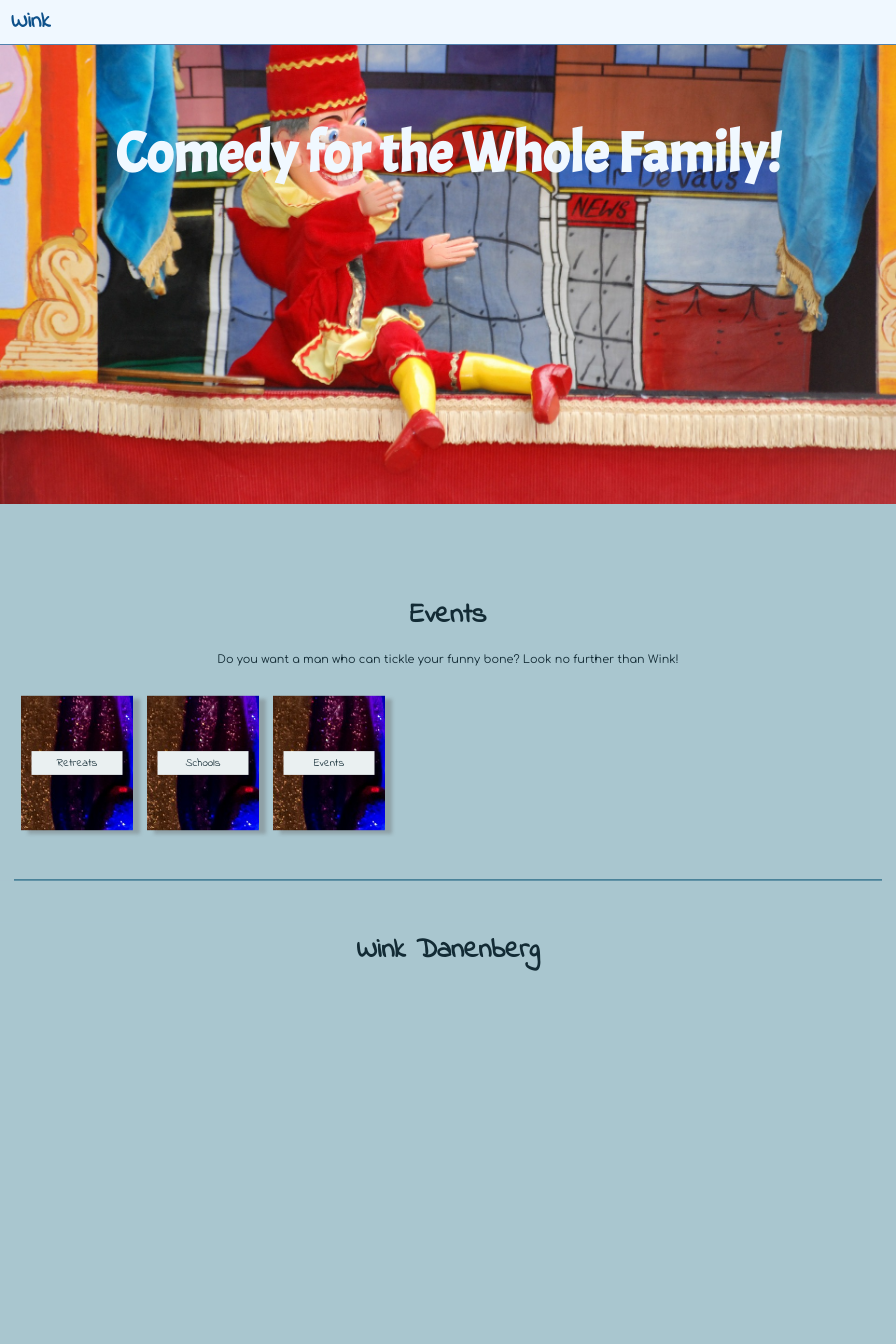
Repository: Sbethm/wink
Page: index.html
These files come from the project's save history. The page is drawn as it stood at one moment and after a run of saves; the edit follows.
The browser window is 1280 px wide. The pictures show the part of the page from y = 0 to 1920 px (the page is 5480 px tall), at 70% of full size.
The style sheet was rebuilt from its Sass, Less or Tailwind sources for each picture, by a compiler version that may differ from the author's.

Above is the page before, as saved 2021-08-31 13:34:36.

### index.html
<!DOCTYPE html>
<html lang="en">
<head>
    <meta charset="UTF-8">
    <meta http-equiv="X-UA-Compatible" content="IE=edge">
    <meta name="viewport" content="width=device-width, initial-scale=1.0">
    <link rel="preconnect" href="https://fonts.googleapis.com">
    <link rel="preconnect" href="https://fonts.gstatic.com" crossorigin>
    <link href="https://fonts.googleapis.com/css2?family=Acme&family=Comfortaa:wght@400;500;600;700&family=Indie+Flower&display=swap" rel="stylesheet">
    <!--
        font-family: 'Acme', sans-serif;
        font-family: 'Comfortaa', cursive;
        font-family: 'Indie Flower', cursive;
    -->

    <link rel="stylesheet" href="./CSS/main.css">
    <title>Document</title>
</head>
<body>
    <header id="headerBg">
        <h1 id="logo">Wink</h1>
        <div class="menu--btn">
            <ul class="menu">
                <li class="menu--item">Shows</li>
                <li class="menu--item">Wink</li>
                <li class="menu--item">Calender</li>
                <li class="menu--item">Contact</li>
            </ul>
        </div>
    </header>
    <main>
        <section class="main--slideshow">
            <!--images are set on automatic slide-->
                <img src="./img/img1.jpg" alt="" id="slide--img">
                <img src="./img/img2.jpg" alt="" id="slide--img">
                <img src="./img/img3.jpg" alt="" id="slide--img">
            <div class="slideshow--quote">Comedy for the Whole Family!</div>
        </section>
        <!--EVENTS-
            Description of Wink's shows. What does he do? Who are the shows geared towards? etc.-->
        <section class="event">
            <div class="container container--event">
                <h2 class="heading--center">Events</h2>
                <p class="info--short center">Do you want a man who can tickle your funny bone? Look no further than Wink!</p>
                <div class="event--slideshow">
                    <!--each div is set on a swipe slide-->
                    <a href=""><div class="event--retreats event--slide">
                        <p class="event--type">Retreats</p>
                    </div></a>
                    <a href=""><div class="event--schools event--slide">
                        <p class="event--type">Schools</p>
                    </div></a>
                    <a href=""><div class="event--events event--slide">
                        <p class="event--type">Events</p>
                    </div></a>
                </div>
            </div>
        </section>
         <!--WINK-
            Who is Wink? A little about Wink and his past experience as a showman -->
        <section class="wink">
            <div class="container container--wink">
                <h2 class="heading--center">Wink Danenberg</h2>
                <div class="img--container">
                    <img src="./img/img2.jpg" alt="" class="img--set--left js--scroll">
                </div>
                <p class="text--full--center">
                    …about Wink Danenberg
                    Standing at 6 foot 4… 240 pounds- Wink Danenberg is responsible for the laughter of audiences  across the country. His comedy juggling, unicycling, and audience participation have kept people  entertained and enthralled at countless events, including festivals, comedy clubs, schools, cruise
                    ships, and libraries. His high energy and raw antics are a perfect blend to captivate and amaze  both the audience and himself. Wink Danenberg, a true original, is the only juggler who: offers a  full money back guarantee, can drive a standard with one hand, and has never taken a selfie.
                </p>
            </div>
        </section>
         <!--REFERENCES-
            A section with a link to references for Wink's shows-->
        <section class="references cover">
            <button class="reference--btn">References</button>
        </section>
         <!--EXPERIENCE HIGHLIGHTS-
            A section that shows some of the highlights of his experience-->
        <section class="experience">
            <div class="container container--experience">
                <h2 class="heading--center">Highlights</h2>
                <div class="experience--block">
                    <div class="img--container">
                        <img src="./img/img2.jpg" alt="" class="img--set--right">
                    </div>
                    <p class="text--small--center">As Seen on Letter Man!</p>
                </div>
                <div class="experience--block">
                    <div class="img--container">
                        <img src="./img/img2.jpg" alt="" class="img--set--left js--scroll">
                    </div>
                    <p class="text--small--center">As Seen on Letter Man!</p>
                </div>
                <div class="experience--block">
                    <div class="img--container">
                        <img src="./img/img2.jpg" alt="" class="img--set--right">
                    </div>
                    <p class="text--small--center">As Seen on Letter Man!</p>
                </div>
            </div>
        </section>
         <!--CONTACT-
            email and (maybe) phone information about how to contact Wink-->
        <section class="contact cover">
            <button class="contact--btn">Contact</button>
        </section>
    </main>
    <footer></footer>
    <script src="./JS/main.js"></script>
</body>
</html>

### JS/main.js
//
const slides = document.querySelectorAll('#slide--img');
const headerBg = document.getElementById('headerBg');
const logo = document.getElementById('logo');

//CHANGING HEADER ON SCROLL
window.onscroll = function() {
    if (window.scrollY > 130) {
        headerBg.style.background = 'none';
        headerBg.style.borderBottom = 'solid 1px aliceblue';
        logo.style.color = 'aliceblue';
    } else {
        headerBg.style.background = 'aliceblue';
        headerBg.style.borderBottom = 'solid 1px rgb(13, 81, 139)';
        logo.style.color = 'rgb(13, 81, 139)';
    }
  }

//INDEX MAIN SLIDESHOW
setInterval(nextImg, 4000);

let currentImg = 0;
slides[currentImg].style.opacity = 1;

function nextImg() {
    slides[currentImg].style.opacity = 0;
    currentImg = (currentImg + 1) % slides.length;
    slides[currentImg].style.opacity = 1;
}

//FADE-IN
const fadeEl = document.querySelectorAll('.js--scroll');

fadeEl.forEach((el) => {
    el.style.opacity = '0';
});

const elInView = (el) => {

}

//SLIDE-IN

### SCSS/main.scss
@import "./resets", "./variables";


//GENERAL STYLING
body{
    width: 100vw;
    background-color: $bgColor1;
    overflow-x: hidden;
}

section {
    width: 100vw;
    height: fit-content;
    background-color: $bgColor1;
    color: $accentColor1;
    font-family: $mainFont;
    font-size: 1rem;
}

.container {
    margin: 60px 20px;
    padding: 60px 0;
    width: calc(100vw - 40px);
    background-color: $bgColor1;
    border-bottom: solid 2px $accentColor2;
}

.heading--center {
    padding-bottom: 30px;
    width: 100%;
    font-family: $accentFont;
    font-size: 2.5rem;
    text-align: center;
}

a {
    text-decoration: none;
}

p {
    font-family: $mainFont;
    font-size: 1rem;
    line-height: 1.5rem;
}

.center {
    padding-bottom: 30px;
    width: 100%;
    text-align: center;
}

.img--set--left {
    width: 75vw;
    position: relative;
    left: -20px;
    z-index: 1;
    border-radius: 0 15px 15px 0;
}

.js--scroll {
    opacity: 1;
    transition: opacity 300ms;
}

.js--scroll.scrolled{
    opacity: 1;
}

.img--set--right {
    width: 75vw;
    position: relative;
    right: -60px;
    z-index: 1;
    border-radius: 15px 0 0 15px;
}

//HEADER AND MAIN SLIDESHOW
header {
    position: fixed;
    top: 0;
    height: 4rem;
    width: 100vw;
    padding: 1rem;
    z-index: 9;
    overflow: hidden;
    background: aliceblue;
    border-bottom: solid 1px rgb(13, 81, 139);
    transition: all 0.50s ease-in;
    box-sizing: border-box;

    & h1 {
        font-family: $accentFont;
        font-size: 2rem;
        color: rgb(13, 81, 139);
        transition: all 0.50s ease-in;
    }
}

.menu--item{
    display: none;
}

.main--slideshow {
    height: 100vh;
    width: 100vw;
    background-color: #000;
}

#slide--img {
    position: absolute;
    top: 0;
    left: 0;
    width: 100%;
    height: 100%;
    object-fit: cover;
    overflow: hidden;
    opacity: 0;
    transition: all 0.75s ease-in;
    z-index: 0;
}

.slideshow--quote {
    position: absolute;
    top: calc(100vh - 75vh);
    width: 100vw;
    font-size: 5rem;
    font-family: $headerFont;
    font-weight: 800;
    color: aliceblue;
    text-align: center;
}

//EVENTS
.event{
    padding-top: 20px;
}

.event--slideshow {
    display: flex;
    flex-direction: row;
    overflow: scroll;

    & .event--slide {
        margin: 10px;
        width: 10rem;
        height: 12rem;
        display: grid;
        background-image: url(../img/img1.jpg);
        box-shadow: 10px 5px 5px rgba(100, 100, 100, 0.377);
        grid-template-columns: 100%;
        justify-items: center;
        align-items: center;

        & .event--type {
            padding: 5px;
            width: 75%;
            background-color: $bgColor2;
            font-family: $accentFont;
            color: $accentColor1;
            text-align: center;
        }
    }
}

//ABOUT WINK
.container--wink {
    margin: 0 20px;
    padding: 20px 0;
    border: hidden;
}

.text--full--center {
    position: relative;
    padding: 10px;
    top: -60px;
    z-index: 2;
    background-color: $bgColor2;
}

//REFERENCES and CONTACT
.cover {
    width: 100vw;
    height: 50vh;
    display: flex;
    justify-content: center;
    align-items: center;
    background-image: url(../img/img1.jpg);

    & button {
        width: 10rem;
        height: 4rem;
        font-family: $accentFont;
        font-size: 1.5rem;
        color: $accentColor1;
        background-color: $bgColor2;
        border: hidden;
    }
}

//EXPERIENCE HIGHLIGHTS
.container--experience{
    border-bottom: hidden;
}

.text--small--center{
    width: 75%;
    height: 5rem;
    margin: 0 10%;
    padding: 10px;
    position: relative;
    top: -60px;
    z-index: 2;
    background-color: $bgColor2;
    text-align: center;
    line-height: 5rem;
}

//CONTACT *see references

### SCSS/_variables.scss
//FONTS
$headerFont: 'Acme', sans-serif;
$accentFont: 'Indie Flower', cursive;
$mainFont: 'Comfortaa', cursive;

//COLORS
// $bgColor1: rgb(207, 184, 169);
// $bgColor2: rgb(241, 237, 234);
// $accentColor1: rgb(53, 33, 19);
// $accentColor2: rgb(83, 50, 27);
$bgColor1: rgb(169, 198, 207);
$bgColor2: rgb(234, 240, 241);
$accentColor1: rgb(19, 43, 53);
$accentColor2: rgb(51, 114, 141);

Loaded but not shown: SCSS/_resets.scss (common file)

After the next 2 saves:
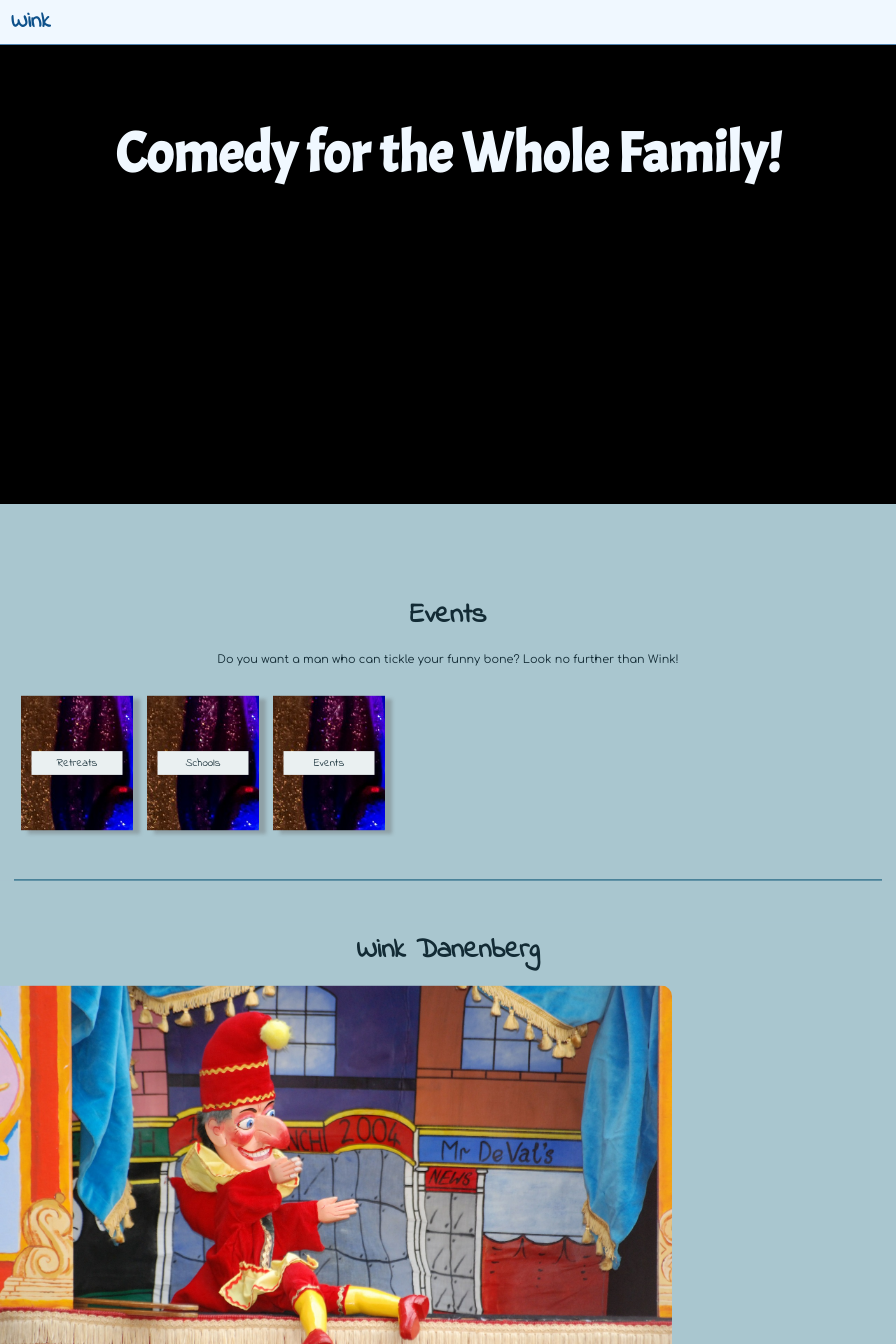
Console error: SyntaxError: Missing initializer in const declaration
The 2 saves are shown as one change because they came seconds apart.
The last was saved 31 s later.
--- a/JS/main.js
+++ b/JS/main.js
@@ -36,7 +36,7 @@
 });
 
 const elInView = (el) => {
-
+    const elementTop
 }
 
 //SLIDE-IN

After the save that followed:
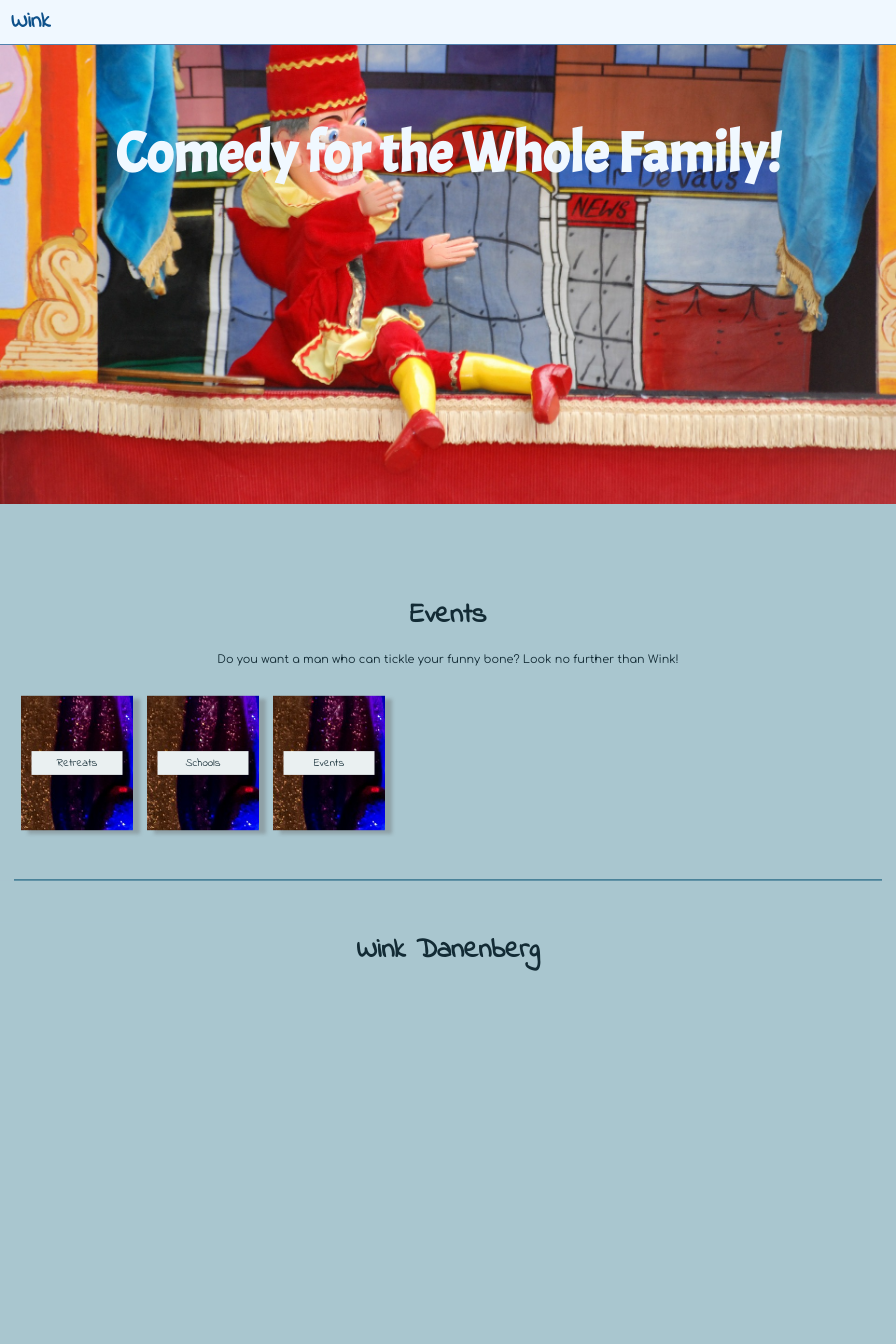
The error is gone.
Saved 5 s later.
--- a/JS/main.js
+++ b/JS/main.js
@@ -36,7 +36,7 @@
 });
 
 const elInView = (el) => {
-    const elementTop
+    const elementTop = document.get
 }
 
 //SLIDE-IN
